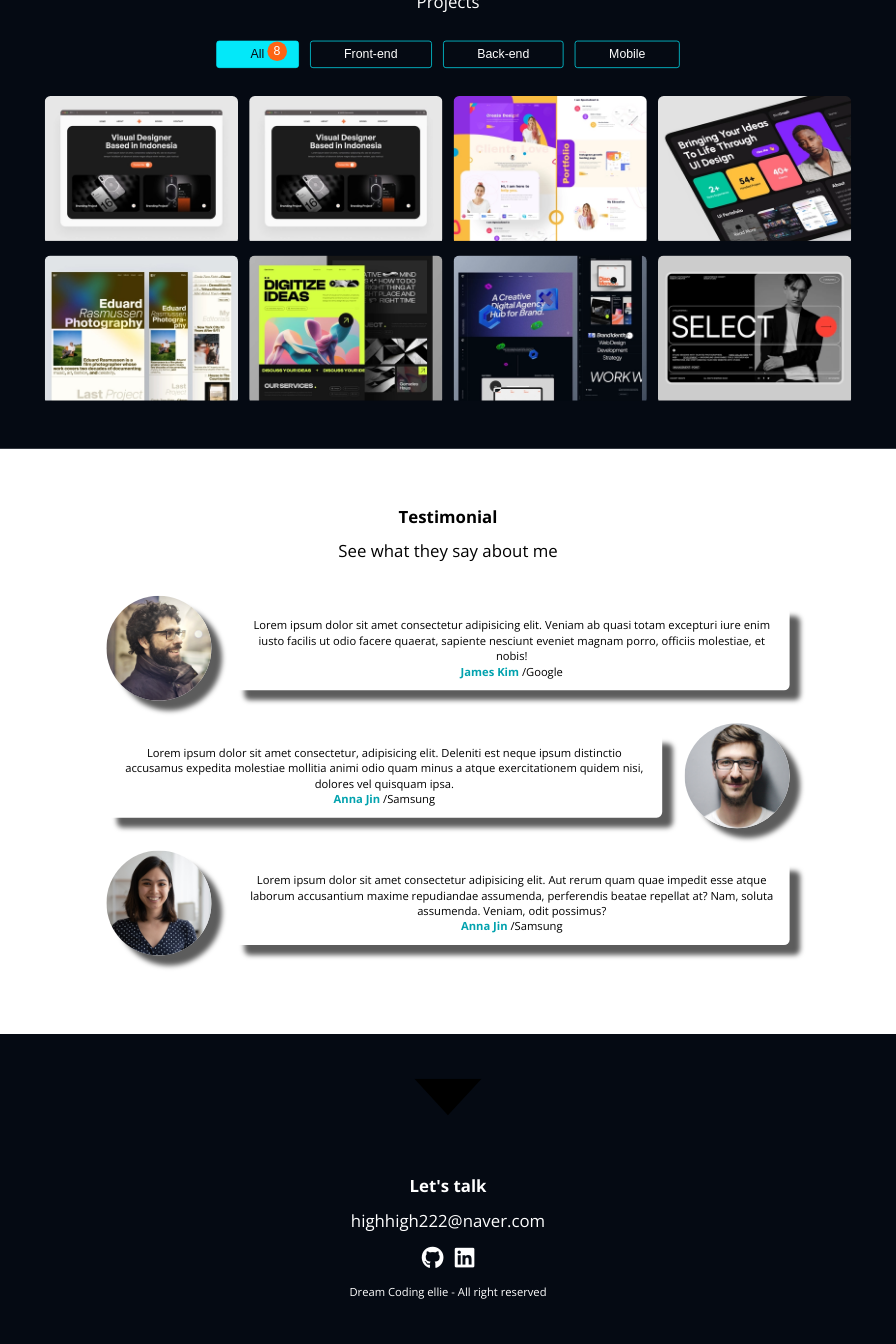
Repository: Arden-Sol/portfolio-website-clone-coding
Page: index.html
The author's editor kept a copy of each file at every save. The page is drawn from the files as they stood at one save, then again after the next save.
The browser window is 1280 px wide. The pictures show the part of the page from y = 2353 to 4273 px (the page is 4273 px tall before and 4153 px after), at 70% of full size.
Some web libraries are served in a nearby version.

Above is the page before, as saved 2024-04-06 23:50:10.

After the next save:
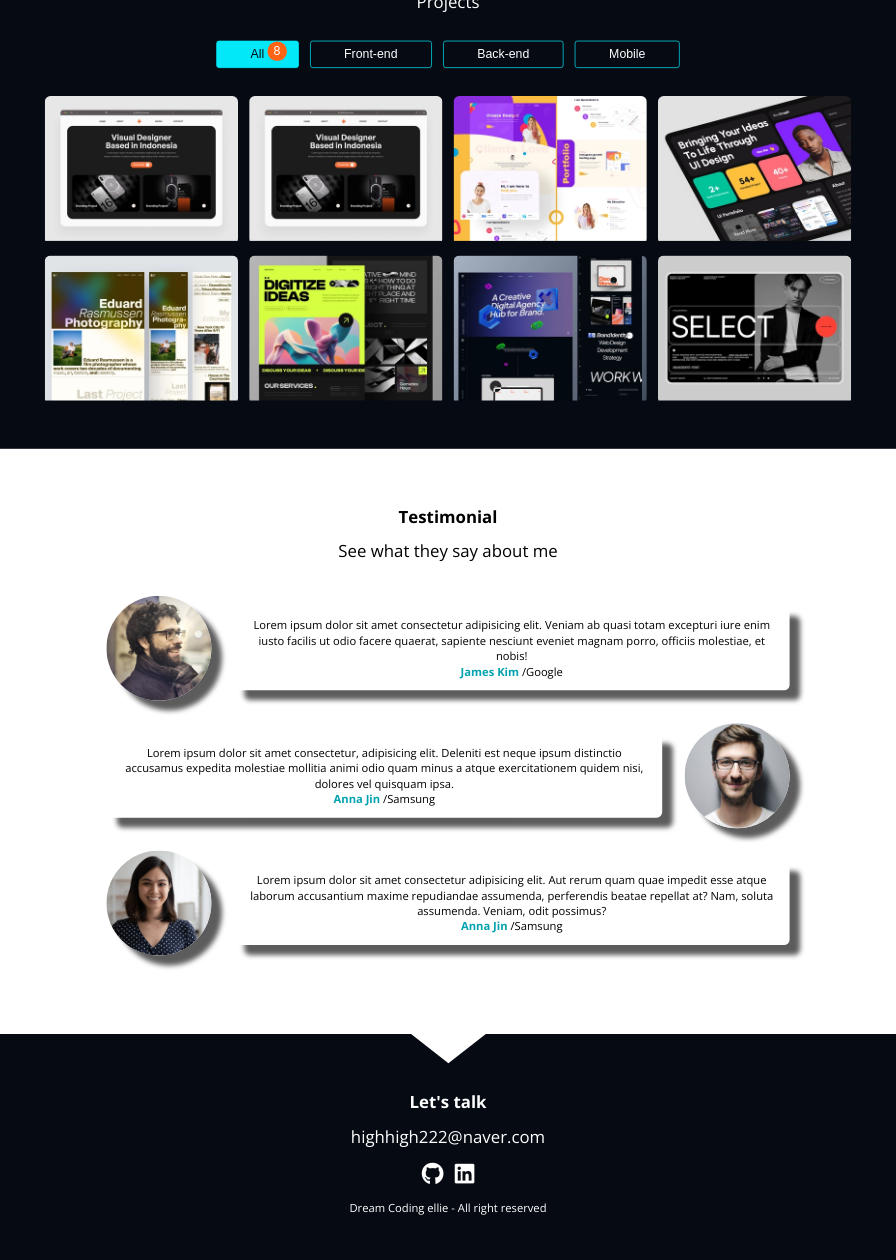
Saved 8 s later.
--- a/css/style.css
+++ b/css/style.css
@@ -449,7 +449,7 @@ padding: 1rem;
   background-color: var(--color-primary);
   color: var(--color-text);
 }
-.custom-shape-divider-top-1712414963 {
+.footer__divider {
   position: absolute;
   top: 0;
   left: 0;
@@ -458,14 +458,14 @@ padding: 1rem;
   line-height: 0;
 }
 
-.custom-shape-divider-top-1712414963 svg {
+.footer__divider svg {
   position: relative;
   display: block;
   width: calc(100% + 1.3px);
   height: 93px;
 }
 
-.custom-shape-divider-top-1712414963 .shape-fill {
+.footer__divider .shape-fill {
   fill: #FFFFFF;
 }
 .contact__links {
